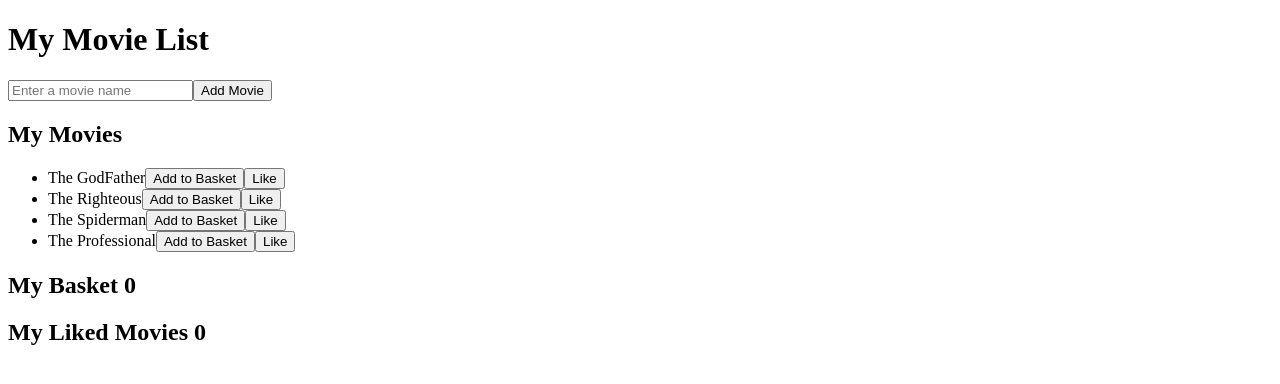
Repository: sinchana-p-iVoyant/redux-movie-store
Page: /
The author's editor kept a copy of each file at every save. The page is drawn from the files as they stood at one save, then again after the next save.
The browser window is 1280 px wide. The pictures show the whole page.
The project was rebuilt for these pictures with package versions that can differ from the ones it lists, and the page was loaded fresh each time. Also part of the build but not shown: vite.config.ts.

Above is the page before, as saved 2024-02-14 22:40:08.

After the next save:
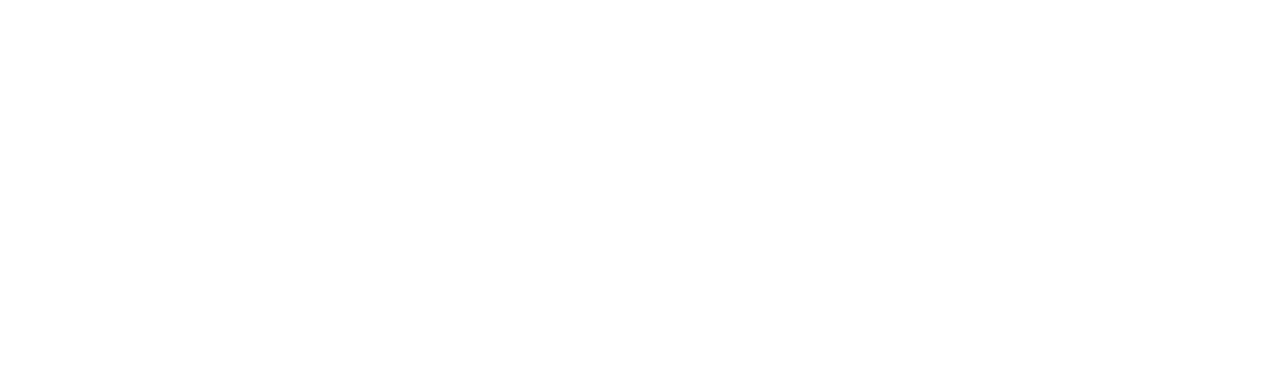
Console error: ReferenceError: likedMovies is not defined
Saved 5 s later.
--- a/src/App.tsx
+++ b/src/App.tsx
@@ -26,7 +26,8 @@
   );
 
   const basket = useSelector((state) => state.basket);
-  const likedMovies = useSelector((state) => state.likedMovies);
+  // const likedMovies = useSelector((state) => state.likedMovies);
+  // const likedMovies = useSelector((state) => state.likedMovies);
 
   // 4. Action Creator
   const handleAddMovie = () => {

After the save that followed:
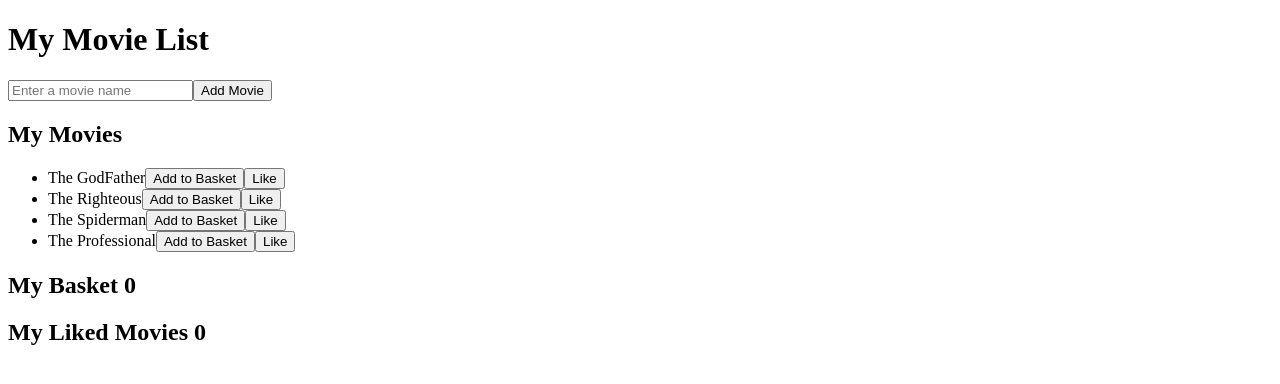
The error is gone.
Saved 6 s later.
--- a/src/App.tsx
+++ b/src/App.tsx
@@ -27,7 +27,10 @@
 
   const basket = useSelector((state) => state.basket);
   // const likedMovies = useSelector((state) => state.likedMovies);
-  // const likedMovies = useSelector((state) => state.likedMovies);
+    const likedMovies = useSelector(
+      (state: { likedMovies: string[] }) => state.likedMovies
+    );
+
 
   // 4. Action Creator
   const handleAddMovie = () => {
